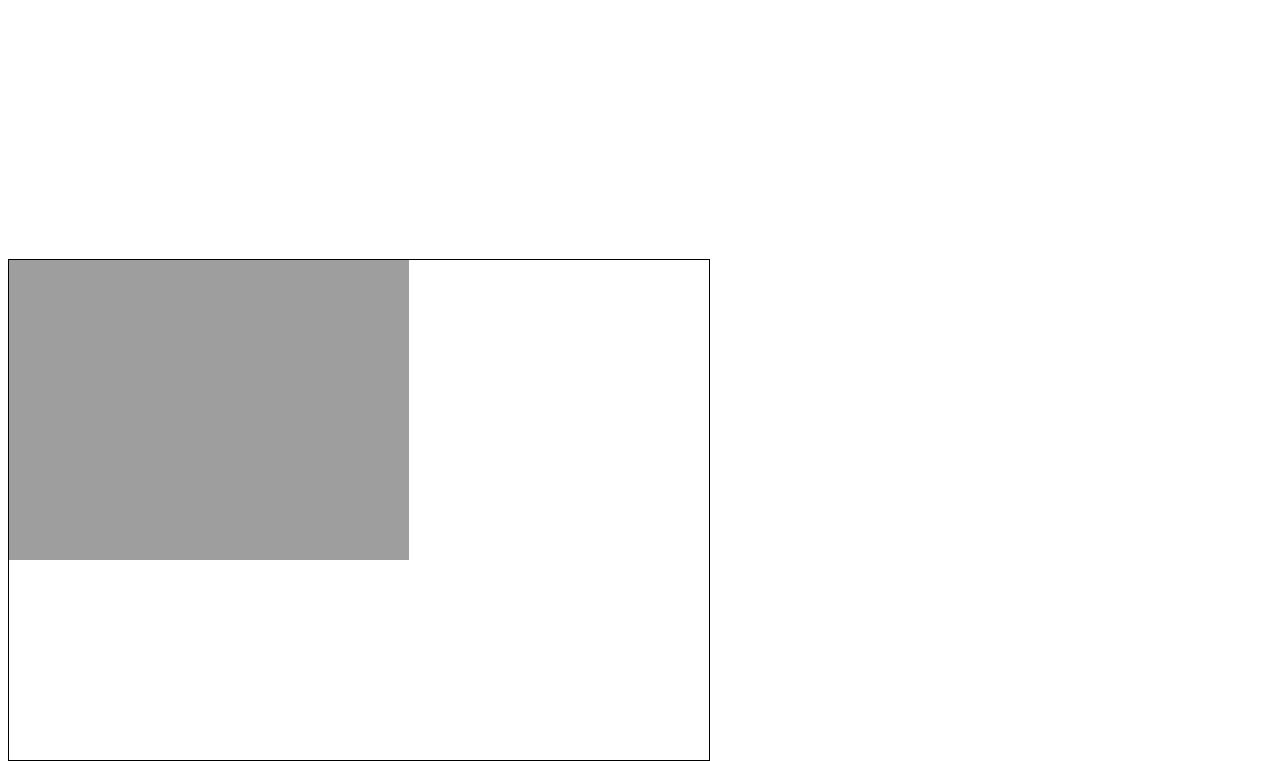
Repository: Tranduchieu2002/FlappyBird
Page: Flappy.html
These files come from the project's save history. The page is drawn as it stood at one moment and after the next save; the edit follows.
The browser window is 1280 px wide. The pictures show the whole page.

Above is the page before, as saved 2021-09-14 14:49:01.

### Flappy.html
<!DOCTYPE html>
<html lang="en">
<head>
   <meta charset="UTF-8">
   <meta http-equiv="X-UA-Compatible" content="IE=edge">
   <meta name="viewport" content="width=device-width, initial-scale=1.0">
   <title>Document</title>
   <style>
      canvas  {
         border: 1px solid;
         transform: translateY(50%)
      }
   </style>
</head>
<body>
   <canvas id="canvas" width="700px" height="500px">

   </canvas>
   <script src="index.js"></script>
</body>
</html>

### index.js
const cvs = document.querySelector("canvas");
const ctx = cvs.getContext("2d");
var bird = new Image();
var bg = new Image();
let fg = new Image();
let pipeSouth = new Image();
let pipeNorth = new Image();
console.log(pipeNorth.length, pipeSouth.length);
pipeNorth.src =
  "https://raw.githubusercontent.com/CodeExplainedRepo/FlappyBird-JavaScript/master/images/pipeNorth.png";
pipeSouth.src =
  "https://raw.githubusercontent.com/CodeExplainedRepo/FlappyBird-JavaScript/master/images/pipeSouth.png";
bird.src =
  "https://e7.pngegg.com/pngimages/328/754/png-clipart-flappy-bird-blue-minecraft-bird-flappy-bird-bird.png";
bg.src =
  "https://user-images.githubusercontent.com/18351809/46888871-624a3900-ce7f-11e8-808e-99fd90c8a3f4.png";
(function draw() {
  const fh = 50;
  const hC = cvs.height;
  let Bx = 50;
  let By = 50;
  let hPassForCg = 7 * fh;
  ctx.drawImage(pipeNorth,100,pipeNorth.length)
  ctx.drawImage(bg, 0, 0);
  ctx.drawImage(bird, 0, 0, 50, 50);
  requestAnimationFrame(draw);
})();

After the next save:
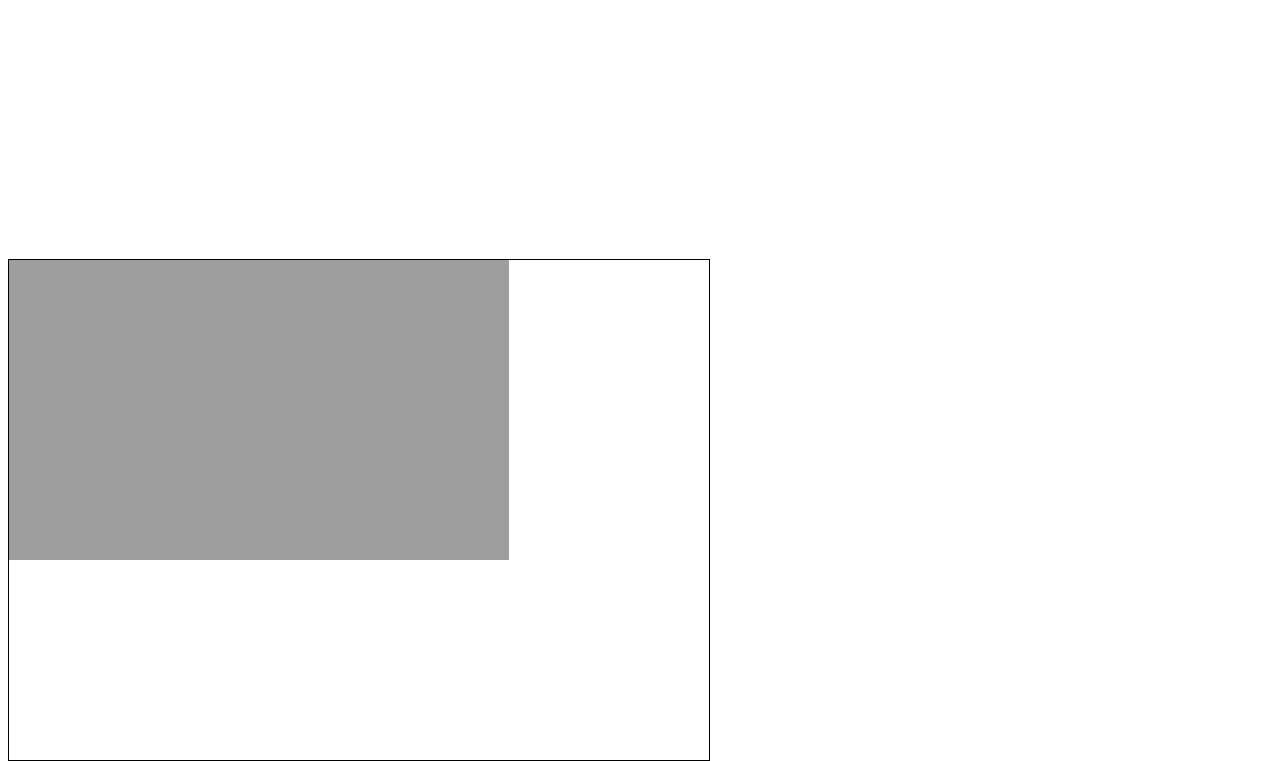
Saved 2 min 43 s later.
--- a/index.js
+++ b/index.js
@@ -20,7 +20,7 @@ bg.src =
   let Bx = 50;
   let By = 50;
   let hPassForCg = 7 * fh;
-  ctx.drawImage(pipeNorth,100,pipeNorth.length)
+  ctx.drawImage(pipeNorth,100,0)
   ctx.drawImage(bg, 0, 0);
   ctx.drawImage(bird, 0, 0, 50, 50);
   requestAnimationFrame(draw);
